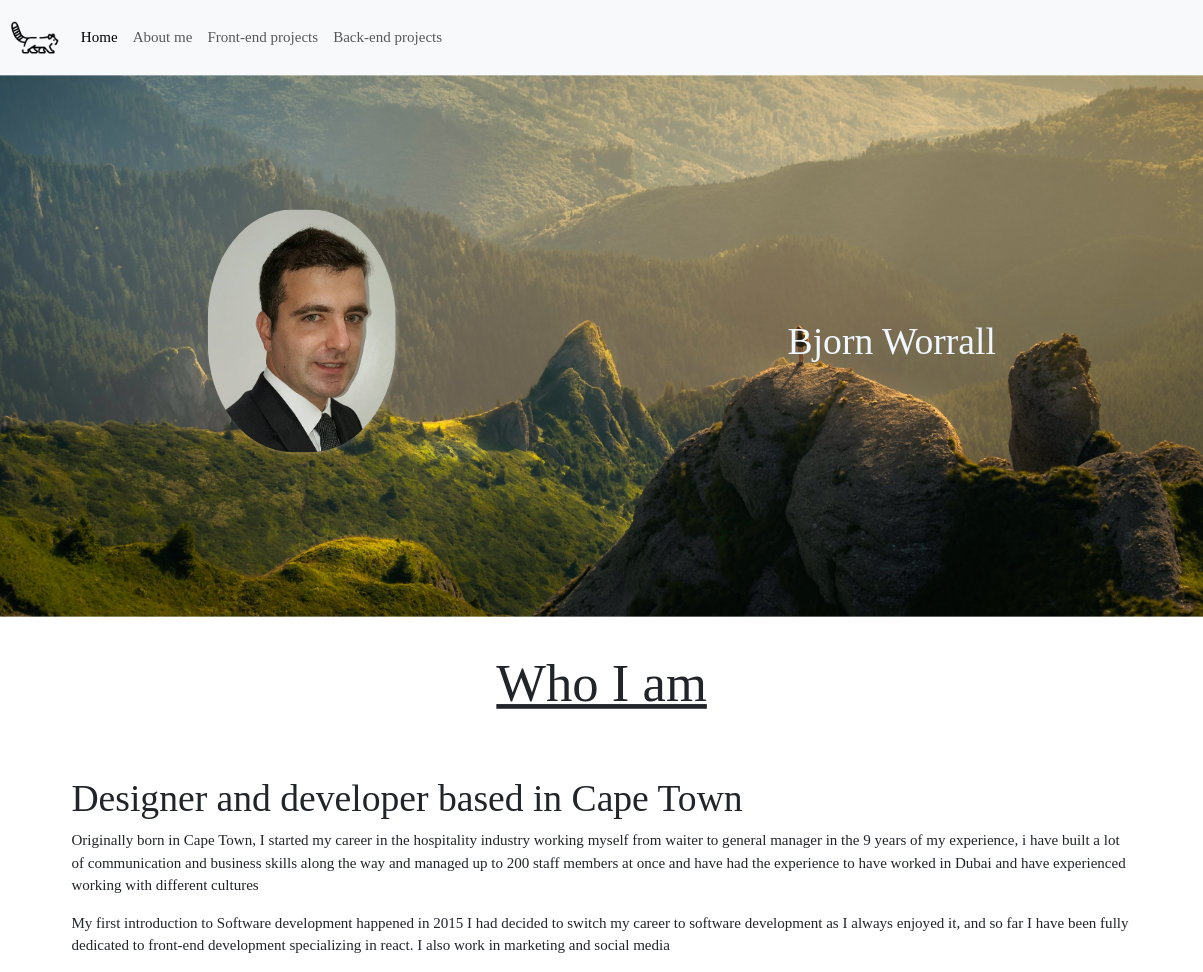
Repository: lasity34/portfolio
Page: index.html
The author's editor kept a copy of each file at every save. The page is drawn from the files as they stood at one save, then again after the next save.
The browser window is 1280 px wide. The pictures show the whole page, at 94% of full size.
Backgrounds fixed to the window are drawn as part of the page. Some web fonts or font styles are not loaded; a fallback is used.

Above is the page before, as saved 2023-03-13 16:33:28.

After the next save:
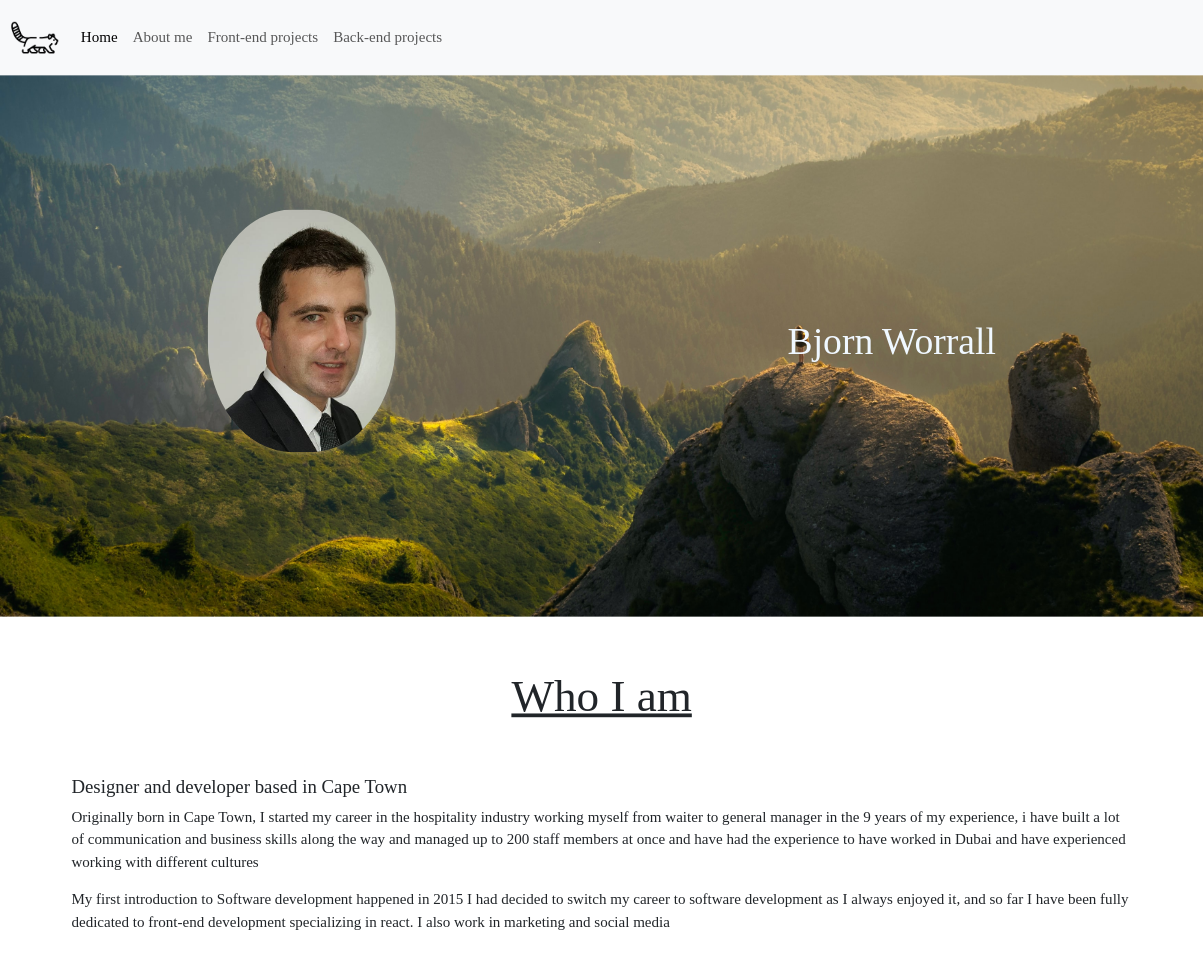
Saved 53 s later.
--- a/styles.css
+++ b/styles.css
@@ -89,11 +89,11 @@ body, html {
 
 #about_me h2 {
     text-align: center;
-    font-size: 3.5rem;
+    font-size: 3rem;
     text-decoration: underline;
     padding: 1em;
 }
 
 #about_me h5 {
-    font-size: 2.5rem;
+
 }
